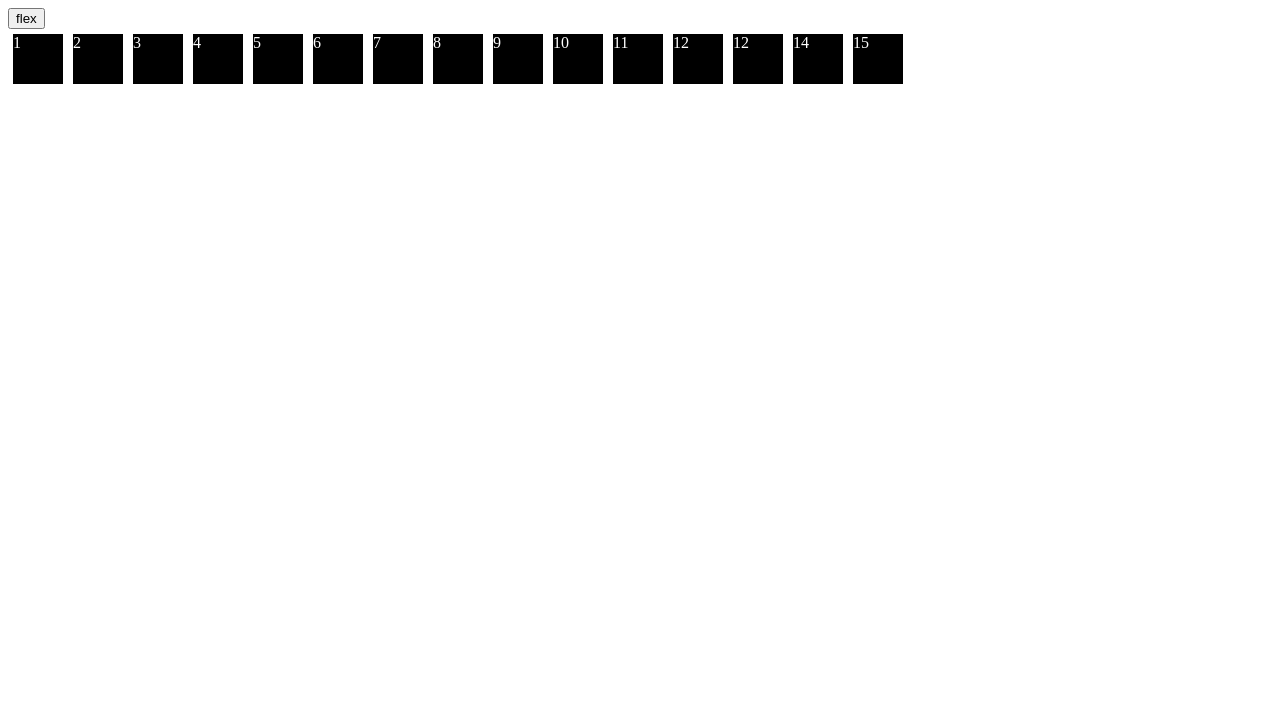
Repository: eeoooo/MINI-PROJECTS-HTML-CSS
Page: practiceCSSFlex/index.html
An editor plug-in stored every save of this project. The page is shown before and after the next save, followed by the edit.
The browser window is 1280 px wide. The pictures show the whole page.

Above is the page before, as saved 2022-07-30 15:32:30.

### practiceCSSFlex/index.html
<!DOCTYPE html>
<html lang="en">
<head>
    <meta charset="UTF-8">
    <meta http-equiv="X-UA-Compatible" content="IE=edge">
    <meta name="viewport" content="width=device-width, initial-scale=1.0">
    <link rel="stylesheet" href="style.css">
    <script defer src="main.js"></script>
    <title>Document</title>
</head>
<body>
    <div class="buttons">
        <button class="flex">flex</button>
    </div>
    <div class="container">
        <div class="box">1</div>
        <div class="box">2</div>
        <div class="box">3</div>
        <div class="box">4</div>
        <div class="box">5</div>
        <div class="box">6</div>
        <div class="box">7</div>
        <div class="box">8</div>
        <div class="box">9</div>
        <div class="box">10</div>
        <div class="box">11</div>
        <div class="box">12</div>
        <div class="box">12</div>
        <div class="box">14</div>
        <div class="box">15</div>
    </div>
</body>
</html>

### practiceCSSFlex/style.css
.container {
  display: flex;
}
.box {
  width: 50px;
  height: 50px;
  background-color: black;
  color: white;
  margin: 5px;
}

### practiceCSSFlex/main.js
let blockFlex = document.querySelector('.flex');
let container = document.querySelector('.container');

blockFlex.addEventListener('click',event=>{
    console.dir(container.style.display);
    if( container.style.display == 'box'){
        container.style.display = 'flex';
    } else{
    container.style.display = 'box';
    }
})

After the next save:
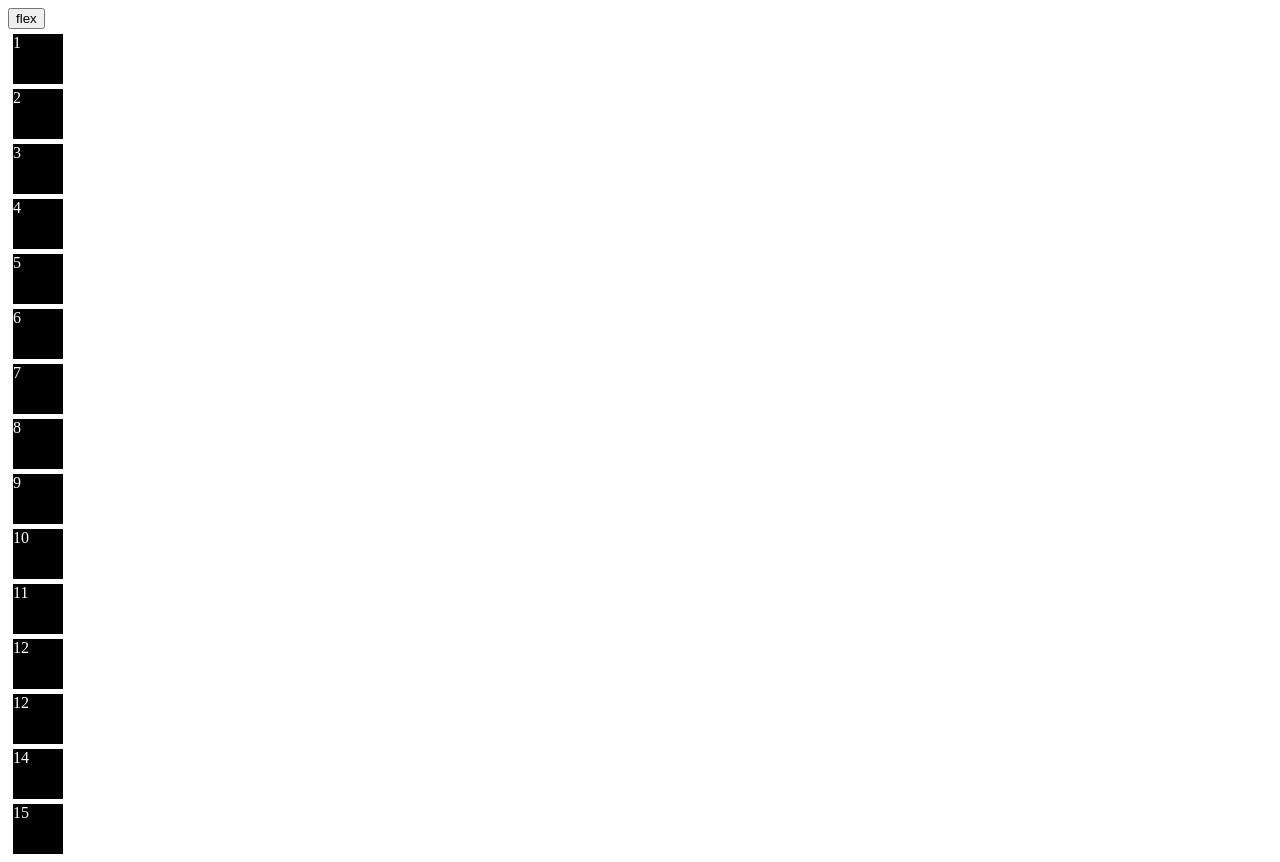
Saved 12 s later.
--- a/practiceCSSFlex/style.css
+++ b/practiceCSSFlex/style.css
@@ -1,5 +1,5 @@
 .container {
-  display: flex;
+  //display: flex;
 }
 .box {
   width: 50px;

After the 4 saves that followed:
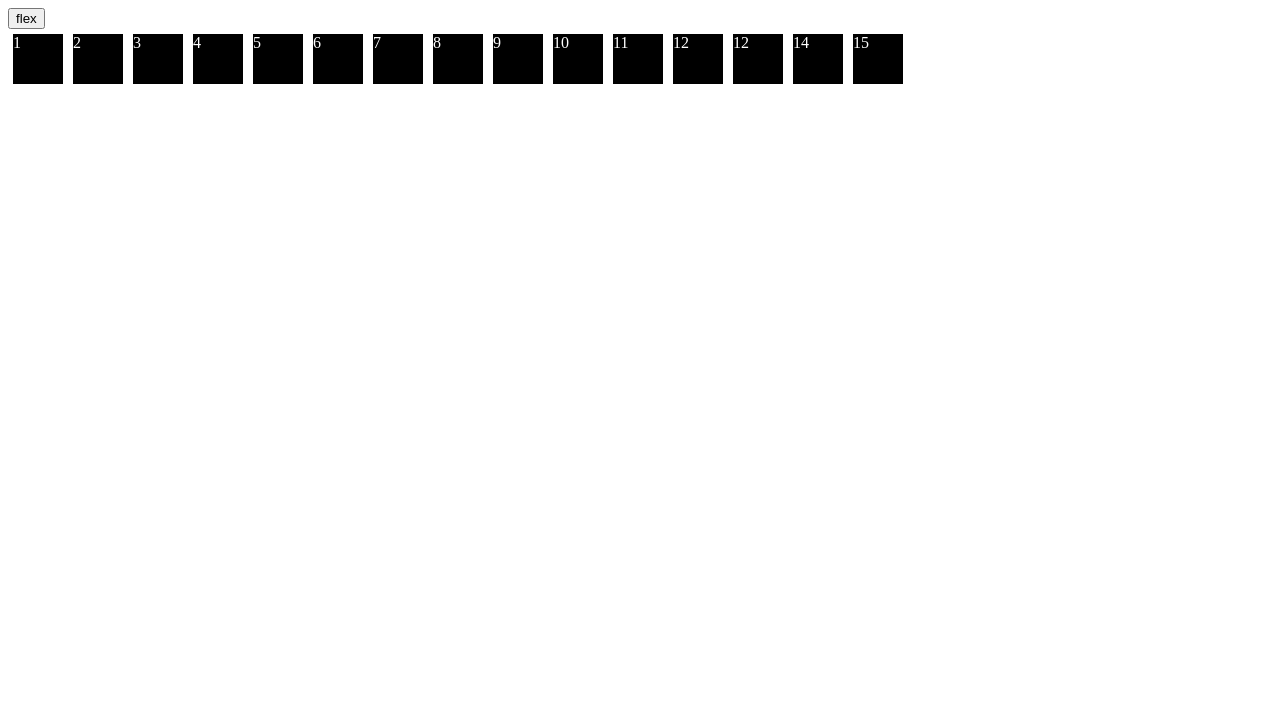
The 4 saves are shown as one change because 3 left the picture as it was.
The last was saved 2 min 26 s later.
--- a/practiceCSSFlex/style.css
+++ b/practiceCSSFlex/style.css
@@ -1,5 +1,5 @@
 .container {
-  //display: flex;
+  display: flex;
 }
 .box {
   width: 50px;
--- a/practiceCSSFlex/main.js
+++ b/practiceCSSFlex/main.js
@@ -2,10 +2,10 @@ let blockFlex = document.querySelector('.flex');
 let container = document.querySelector('.container');
 
 blockFlex.addEventListener('click',event=>{
-    console.dir(container.style.display);
+    console.dir(container.style);
     if( container.style.display == 'box'){
         container.style.display = 'flex';
-    } else{
+    } else if (container.style.display == '' || container.style.display =='flex'){
     container.style.display = 'box';
     }
 })
